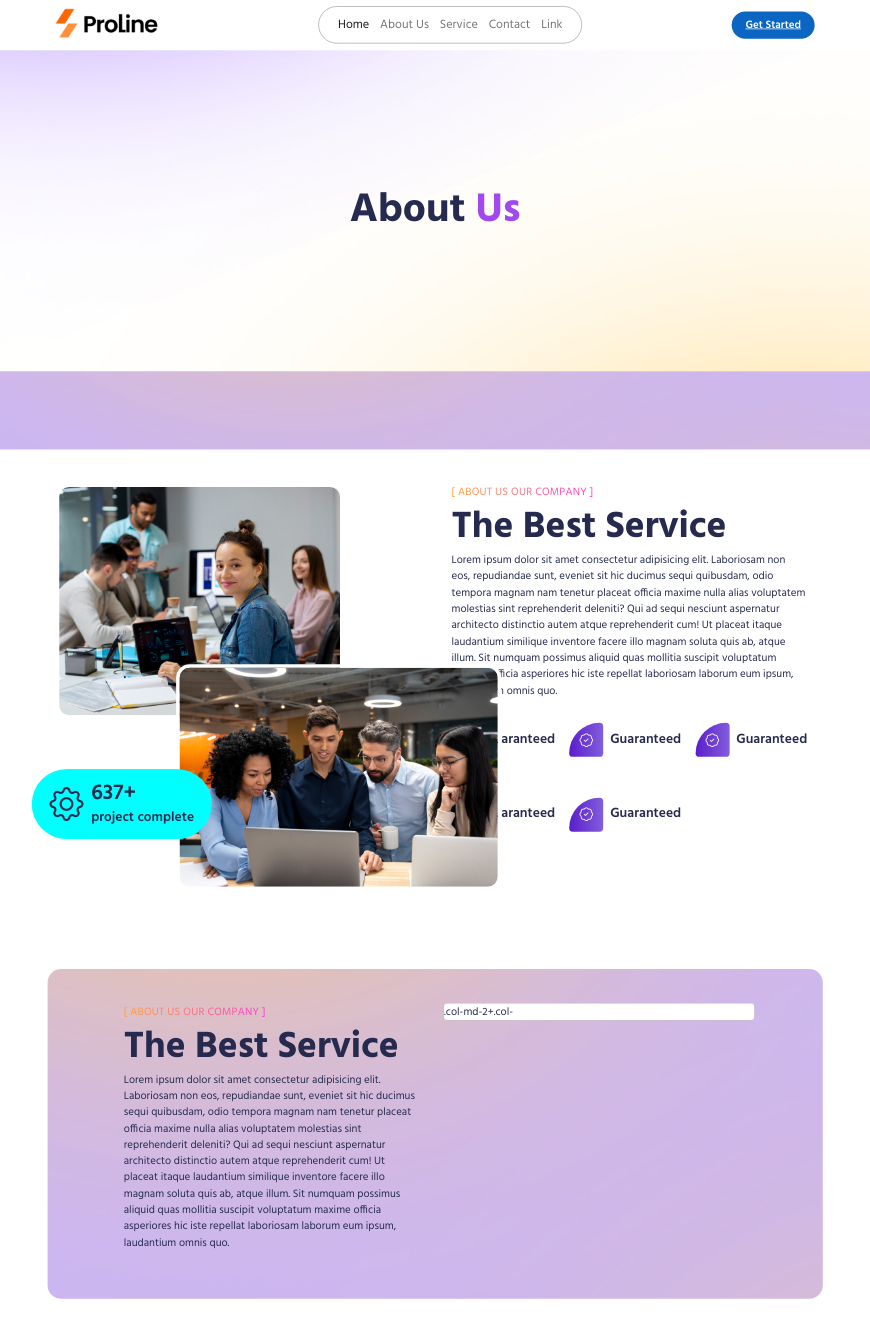
Repository: tagnam/corporate
Page: aboutus.html
An editor plug-in stored every save of this project. The page is shown before and after a run of saves, followed by the edit.
The browser window is 1280 px wide. The pictures show the whole page, at 68% of full size.

Above is the page before, as saved 2025-02-15 12:12:01.

After the next 4 saves:
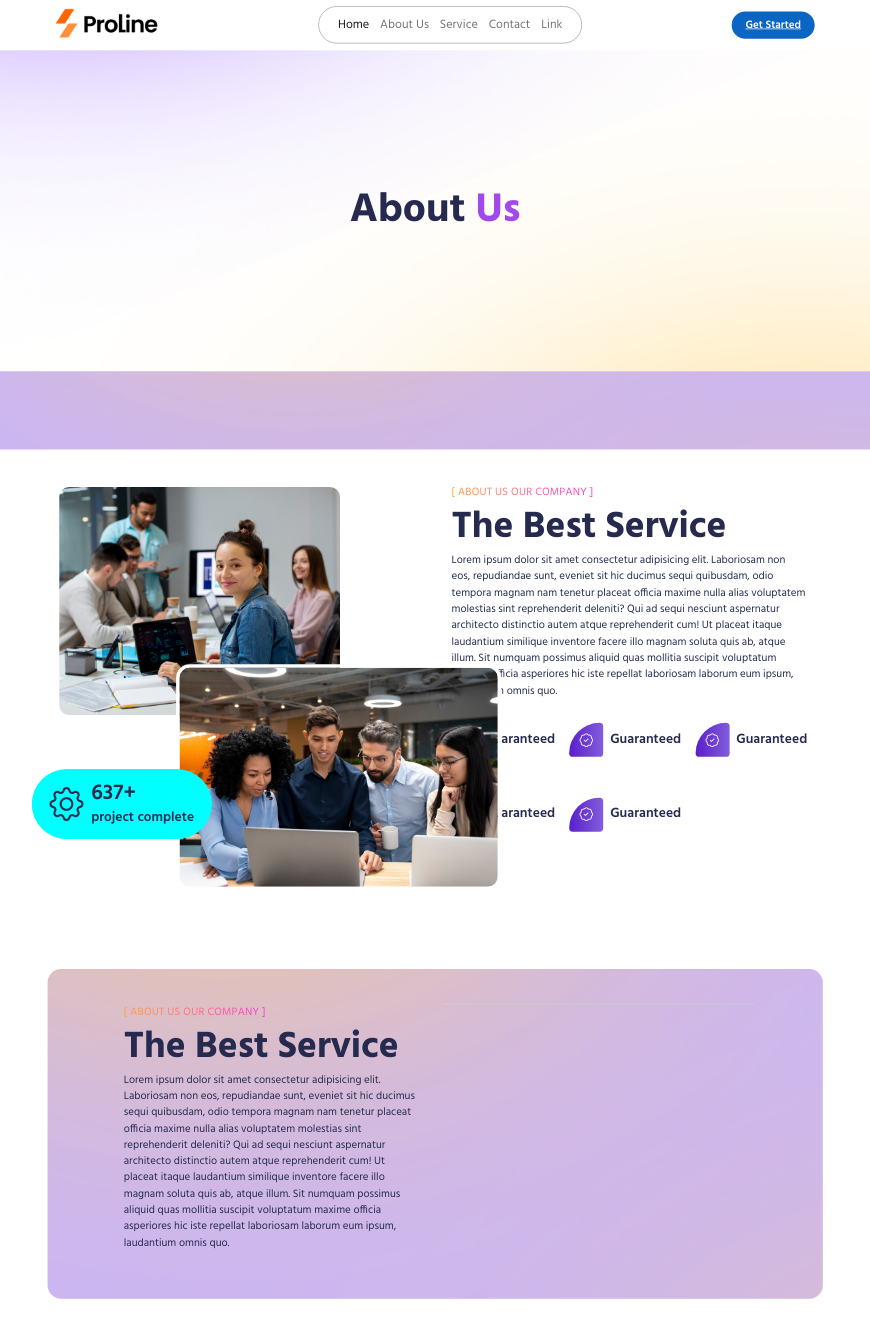
The 4 saves are shown as one change because they came seconds apart.
The last was saved 12 s later.
--- a/aboutus.html
+++ b/aboutus.html
@@ -203,7 +203,10 @@
                                 <div class="mission-vision-card">
                                     <div class="mission-card">
                                         <div class="card">
-                                            .col-md-2+.col-
+                                            <div class="col-md-2">
+
+                                            </div>
+                                            <div class="col-md-9"></div>
                                         </div>
                                     </div>
                                     <div class="vission-card"></div>

After the 2 saves that followed:
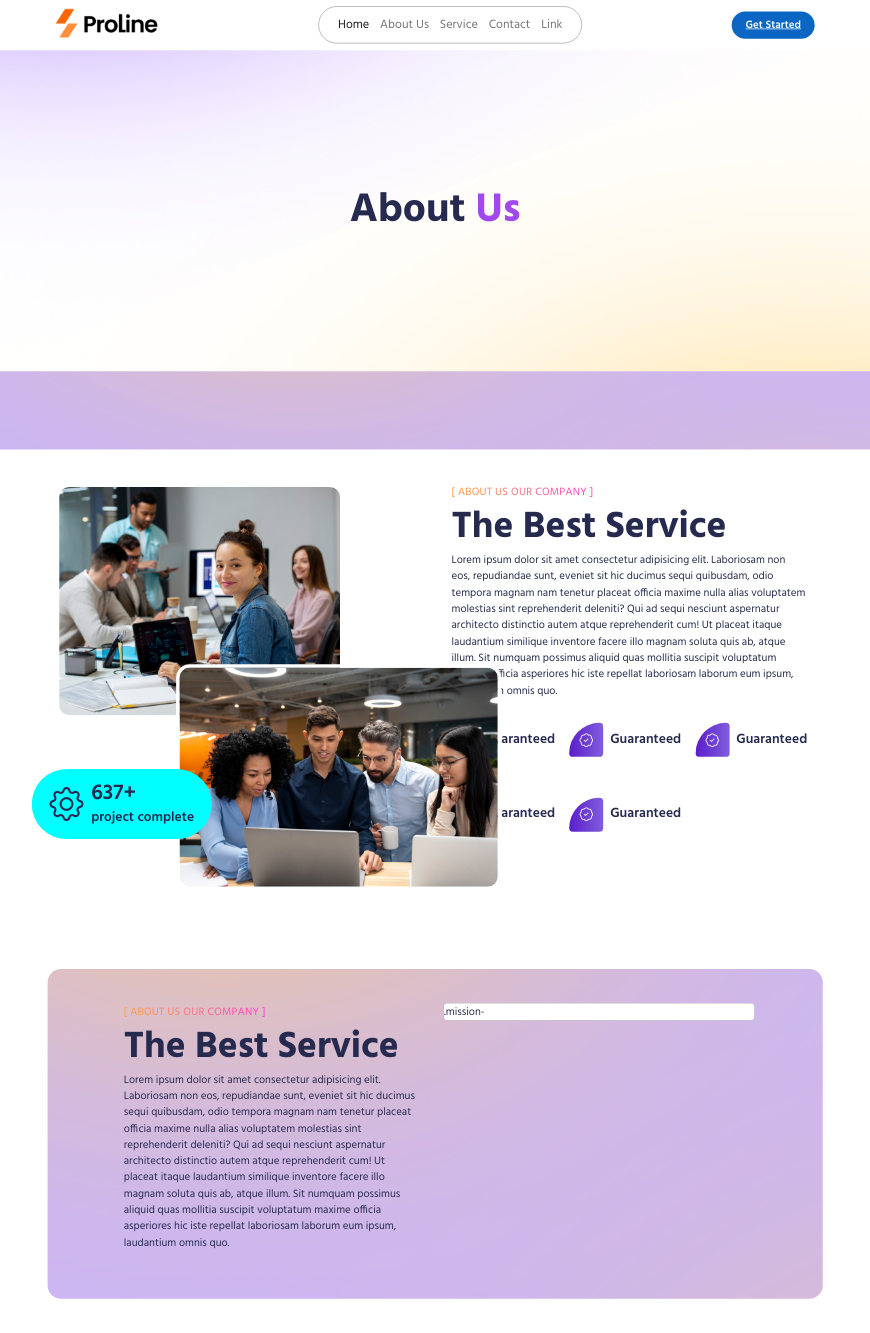
The 2 saves are shown as one change because 1 left the picture as it was.
The last was saved 18 s later.
--- a/aboutus.html
+++ b/aboutus.html
@@ -204,9 +204,11 @@
                                     <div class="mission-card">
                                         <div class="card">
                                             <div class="col-md-2">
-
-                                            </div>
-                                            <div class="col-md-9"></div>
+                                                <div class="mission-icon"></div>
+                                            </div>
+                                            <div class="col-md-9">
+                                                .mission-
+                                            </div>
                                         </div>
                                     </div>
                                     <div class="vission-card"></div>
